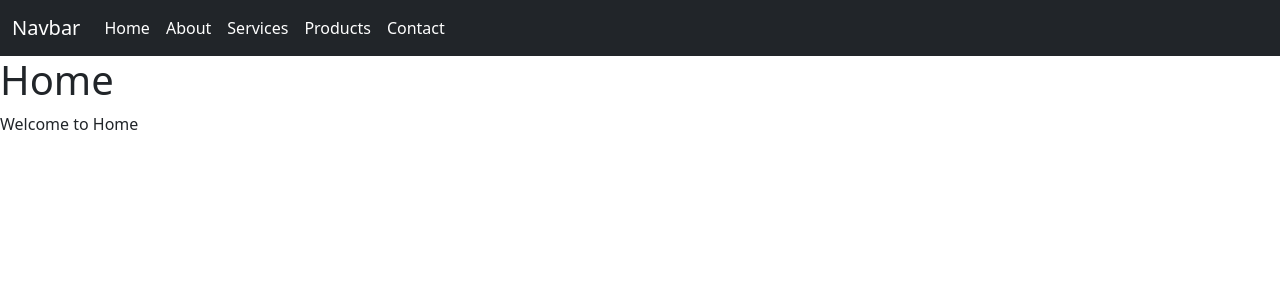
Repository: BlessingAjiboye/WEEJ4JULIO
Page: http://localhost/
The author's editor kept a copy of each file at every save. The page is drawn from the files as they stood at one save, then again after the next save.
The browser window is 1280 px wide. The pictures show the whole page.
The page is served by the project's Node server (server.js). Other server files are loaded and not shown.

Above is the page before, as saved 2022-09-23 12:31:18.

### views/index.ejs
<!DOCTYPE html>
<html lang="en">
<head>
  <meta charset="UTF-8">
  <meta http-equiv="X-UA-Compatible" content="IE=edge">
  <meta name="viewport" content="width=device-width, initial-scale=1.0">
  <title><%= title %></title>
  <link rel="stylesheet"href="/bootstrap/dist/css/bootstrap.min.css"/>
  <link rel="stylesheet"href="@fortawesome/fontawesome-free/css/all.min.css"/>
  <link rel='stylesheet' href='/Content/app.css' />
</head>
<body>
  <nav class="navbar navbar-expand-lg navbar-dark bg-dark">
    <div class="container-fluid">
      <a class="navbar-brand" href="#">Navbar</a>
      <button class="navbar-toggler" type="button" data-bs-toggle="collapse" data-bs-target="#navbarSupportedContent" aria-controls="navbarSupportedContent" aria-expanded="false" aria-label="Toggle navigation">
        <span class="navbar-toggler-icon"></span>
      </button>
      <div class="collapse navbar-collapse" id="navbarSupportedContent">
        <ul class="navbar-nav me-auto mb-2 mb-lg-0">
          <li class="nav-item">
            <a class="nav-link active" aria-current="page" href="/">Home</a>
          </li>

          <li class="nav-item">
            <a class="nav-link active" aria-current="page" href="/about">About</a>
          </li>
          <li class="nav-item">
            <a class="nav-link active" aria-current="page" href="/services">Services</a>
          </li>
          <li class="nav-item">
            <a class="nav-link active" aria-current="page" href="/products">Products</a>
          </li>
          <li class="nav-item">
            <a class="nav-link active" aria-current="page" href="/contact">Contact</a>
          </li>

      </div>
    </div>
  </nav>
  <h1><%= title %></h1>
   <p>Welcome to <%= title %></p>

   <script src="/jquery/dist/jquery.min.js"></script>
   <script src="/bootstrap/dist/js/bootstrap.min.js"></script>
    <script src="/Scripts/app.js"></script>
</body>
</html>

### server.js
#!/usr/bin/env node

/**
 * Module dependencies.
 */

var app = require('./app');
var debug = require('debug')('week344:server');
var http = require('http');

/**
 * Get port from environment and store in Express.
 */

var port = normalizePort(process.env.PORT || '3000');
app.set('port', port);

/**
 * Create HTTP server.
 */

var server = http.createServer(app);

/**
 * Listen on provided port, on all network interfaces.
 */

server.listen(port);
server.on('error', onError);
server.on('listening', onListening);

/**
 * Normalize a port into a number, string, or false.
 */

function normalizePort(val) {
  var port = parseInt(val, 10);

  if (isNaN(port)) {
    // named pipe
    return val;
  }

  if (port >= 0) {
    // port number
    return port;
  }

  return false;
}

/**
 * Event listener for HTTP server "error" event.
 */

function onError(error) {
  if (error.syscall !== 'listen') {
    throw error;
  }

  var bind = typeof port === 'string'
    ? 'Pipe ' + port
    : 'Port ' + port;

  // handle specific listen errors with friendly messages
  switch (error.code) {
    case 'EACCES':
      console.error(bind + ' requires elevated privileges');
      process.exit(1);
      break;
    case 'EADDRINUSE':
      console.error(bind + ' is already in use');
      process.exit(1);
      break;
    default:
      throw error;
  }
}

/**
 * Event listener for HTTP server "listening" event.
 */

function onListening() {
  var addr = server.address();
  var bind = typeof addr === 'string'
    ? 'pipe ' + addr
    : 'port ' + addr.port;
  debug('Listening on ' + bind);
}

### routes/index.js
var express = require('express');
var router = express.Router();

/* GET home page. */
router.get('/', function(req, res, next) {
  res.render('index', { title: 'Home' },


  );
});

router.get('/home', function(req, res, next) {
  res.render('index', { title: 'Home' });
});
router.get('/about', function(req, res, next) {
  res.render('index', { title: 'About' });
});

router.get('/Products', function(req, res, next) {
  res.render('index', { title: 'Products' });
});

router.get('/Services', function(req, res, next) {
  res.render('index', { title: 'Services' });
});

router.get('/Contact', function(req, res, next) {
  res.render('index', { title: 'Contact' });
});
module.exports = router;

### app.js
var createError = require('http-errors');
var express = require('express');
var path = require('path');
var cookieParser = require('cookie-parser');
var logger = require('morgan');

var indexRouter = require('./routes/index');
var usersRouter = require('./routes/users');

var app = express();

// view engine setup
app.set('views', path.join(__dirname, 'views'));
app.set('view engine', 'ejs');

app.use(logger('dev'));
app.use(express.json());
app.use(express.urlencoded({ extended: false }));
app.use(cookieParser());
app.use(express.static(path.join(__dirname, 'public')));
app.use(express.static(path.join(__dirname, 'node_modules')));

app.use('/', indexRouter);
app.use('/users', usersRouter);

// catch 404 and forward to error handler
app.use(function(req, res, next) {
  next(createError(404));
});

// error handler
app.use(function(err, req, res, next) {
  // set locals, only providing error in development
  res.locals.message = err.message;
  res.locals.error = req.app.get('env') === 'development' ? err : {};

  // render the error page
  res.status(err.status || 500);
  res.render('error');
});

module.exports = app;

### public/Content/app.css
/* custom css*/

### public/Scripts/app.js
(function(){
    function start()
    {
        console.log("App started...");
    }
    window.addEventListener("load",start);
})();

After the next save:
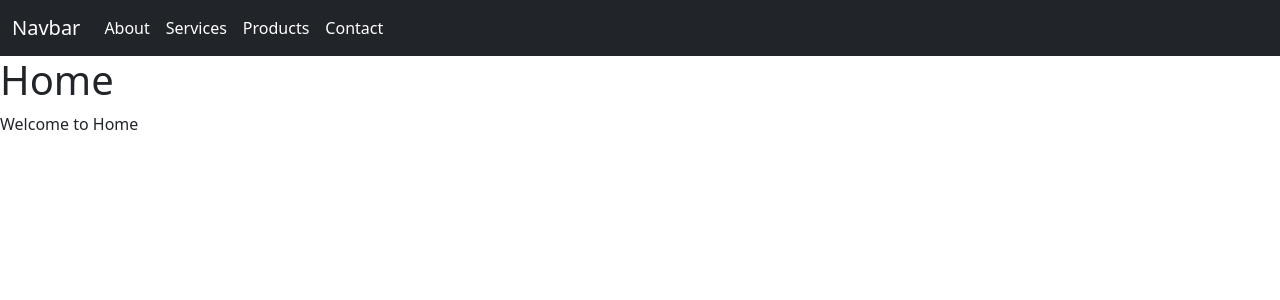
Saved 22 h 2 min later.
--- a/views/index.ejs
+++ b/views/index.ejs
@@ -18,12 +18,17 @@
       </button>
       <div class="collapse navbar-collapse" id="navbarSupportedContent">
         <ul class="navbar-nav me-auto mb-2 mb-lg-0">
+          <% if (title =="Home"){%>
           <li class="nav-item">
+            <%} else {%>
             <a class="nav-link active" aria-current="page" href="/">Home</a>
+          <%}%>
           </li>
-
+          <% if (title =="about"){%>
           <li class="nav-item">
+            <%} else {%>
             <a class="nav-link active" aria-current="page" href="/about">About</a>
+            <%}%>
           </li>
           <li class="nav-item">
             <a class="nav-link active" aria-current="page" href="/services">Services</a>
